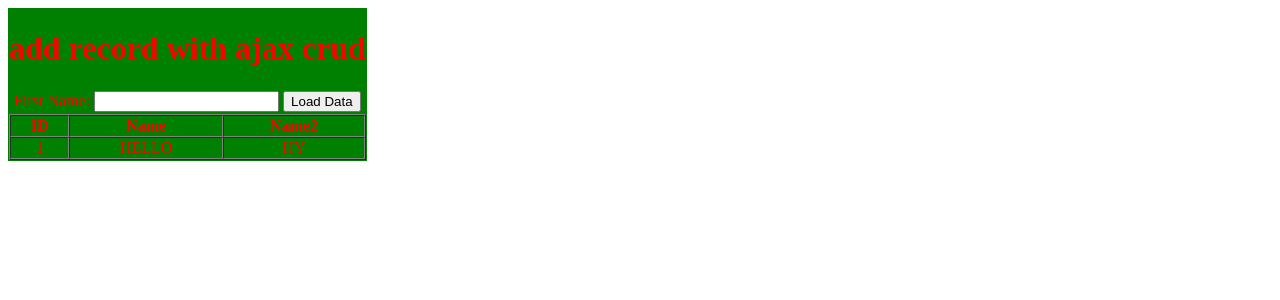
Repository: Tauqeer124/newrepo
Page: http://localhost/insertdata.php
An editor plug-in stored every save of this project. The page is shown before and after a run of saves, followed by the edit.
The browser window is 1280 px wide. The pictures show the whole page.
The page is run by PHP 8.4 with error messages shown; the project is at /var/www/html/.

Above is the page before, as saved 2023-04-28 12:20:05.
Console error: ReferenceError: $ is not defined

### insertdata.php
<!DOCTYPE html>
<html lang="en">
    <head>
        <title> ajax example</title>
        <style>
            #main{
                text-align: center;
                color: red;
                background-color: green;
            }
        </style>
    </head>
    <body>
        <table id="main" border="0" cellspacing="0">
            <tr >
                <td id="header">
                    <h1>add record with ajax crud</h1>
                </td>
            </tr>
            <tr>
                <td id="table-form">
                    First Name: <input type="text" id="name">
                    <input type="button" id="load-button" value="Load Data" >
                </td>
            </tr>
            <tr>
                <td id="table-data">
                    <table border="1" cellspacing="0" cellpading="10px" width="100%" >
                        <tr>
                            <th>ID</th>
                            <th>Name</th>
                            <th>Name2</th>
                        </tr>
                        <tr>
                            <td align="center">1</td>
                            <td align="center">HELLO</td>
                            <td align="center">HY</td>
                        </tr>

                    </table>
                </td>
            </tr>
        </table>
        <script type="text/javascript" src="js/jquery.js"></script>
        <script type="text/javascript">
            $(document).ready(function(){
                $("#load-button").on("click",function(e){
                    $.ajax({
                        url: "ajaxlaod.php",
                        type:"post",
                        success: function(data){
                            $("#table-data").html(data);
                        }

                    });
                });
            });
        </script>
    </body>

</html>

Loaded but not shown: js/jquery.js (no copy from this time; the picture is the same without it)

After the next 2 saves:
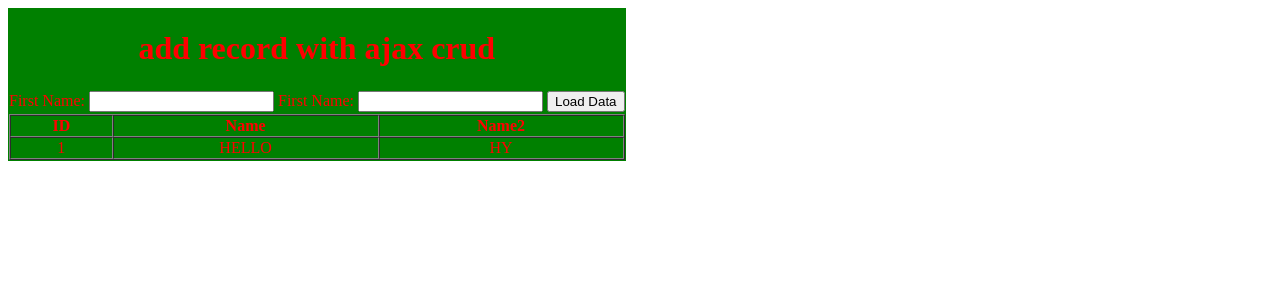
The 2 saves are shown as one change because they came seconds apart.
The last was saved 9 s later.
--- a/insertdata.php
+++ b/insertdata.php
@@ -19,6 +19,7 @@
             </tr>
             <tr>
                 <td id="table-form">
+                    First Name: <input type="text" id="name">
                     First Name: <input type="text" id="name">
                     <input type="button" id="load-button" value="Load Data" >
                 </td>
